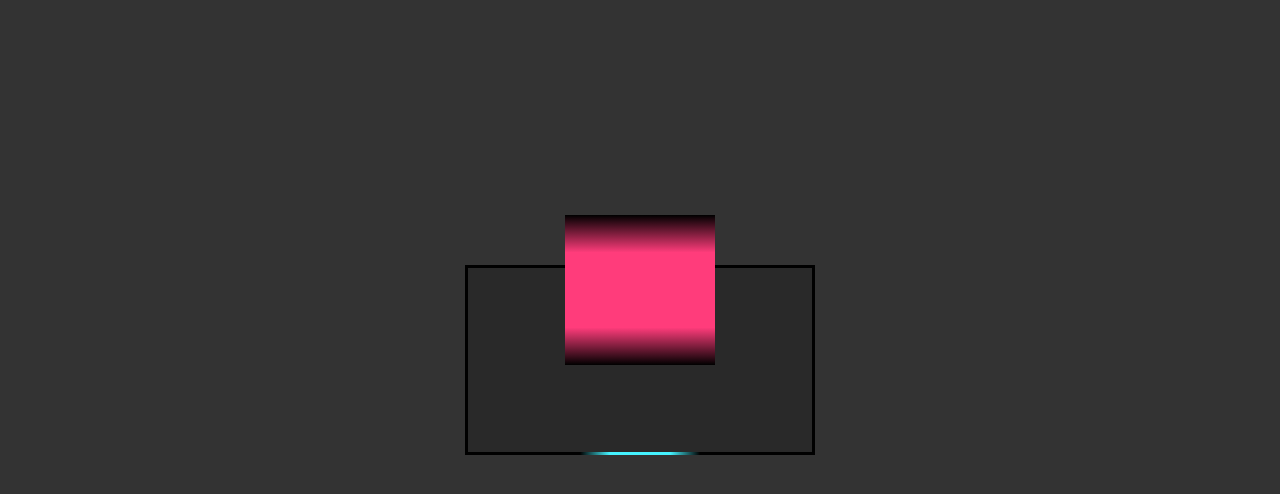
Repository: SeungYn/Javascript-study-toy
Page: profile-card/index.html
These files come from the project's save history. The page is drawn as it stood at one moment and after the next save; the edit follows.
The browser window is 1280 px wide. The pictures show the whole page.

Above is the page before, as saved 2023-01-12 15:40:43.

After the next save:
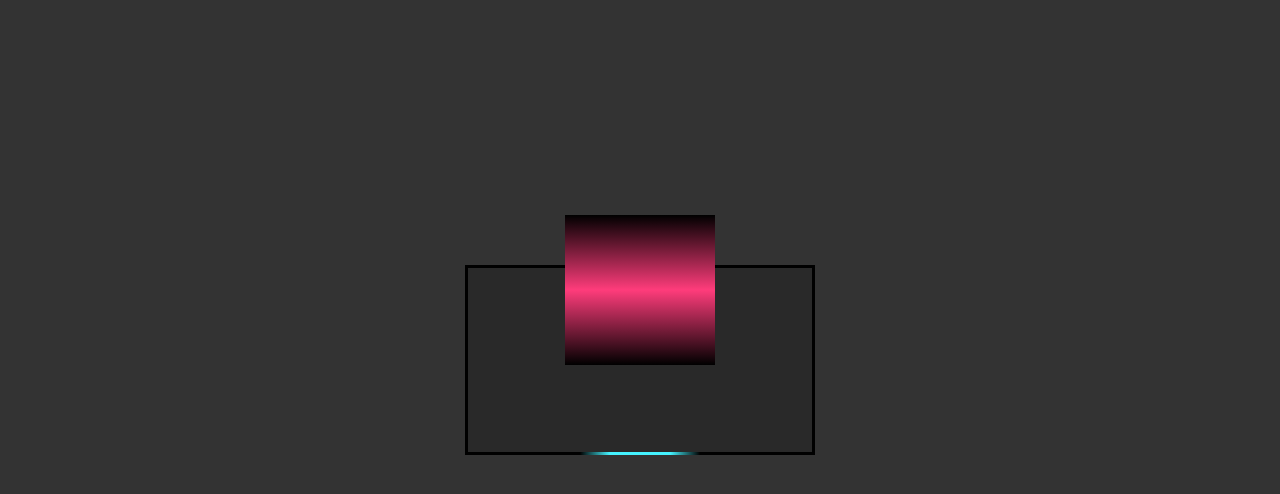
Saved 4 s later.
--- a/profile-card/style.css
+++ b/profile-card/style.css
@@ -94,11 +94,5 @@
   width: 500px;
   height: 150px;
   transform: translate(-50%, -50%);
-  background: linear-gradient(
-    transparent,
-    #ff3c7b,
-    #ff3c7b,
-    #ff3c7b,
-    transparent
-  );
+  background: linear-gradient(transparent, #ff3c7b, transparent);
 }

After the save that followed:
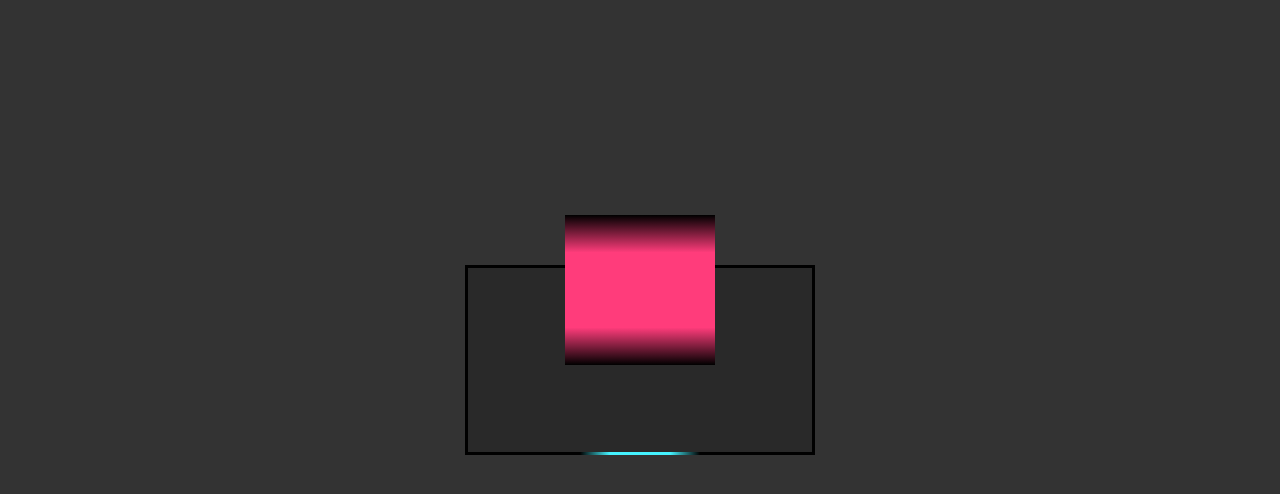
Saved 4 s later.
--- a/profile-card/style.css
+++ b/profile-card/style.css
@@ -94,5 +94,11 @@
   width: 500px;
   height: 150px;
   transform: translate(-50%, -50%);
-  background: linear-gradient(transparent, #ff3c7b, transparent);
+  background: linear-gradient(
+    transparent,
+    #ff3c7b,
+    #ff3c7b,
+    #ff3c7b,
+    transparent
+  );
 }
